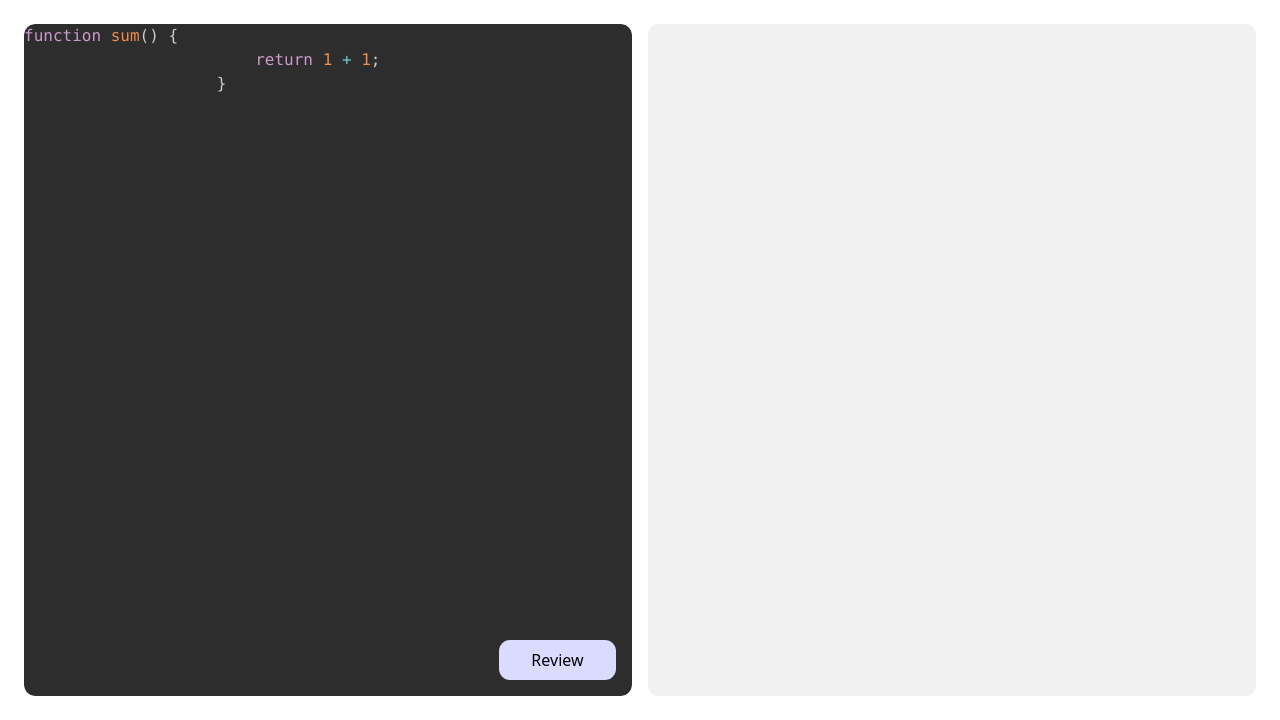
Repository: swarnabha-dutta/ai-code-reviewer
Page: / (app in frontend/)
An editor plug-in stored every save of this project. The page is shown before and after the next save, followed by the edit.
The browser window is 1280 px wide. The pictures show the whole page.
The project was rebuilt for these pictures with package versions that can differ from the ones it lists, and the page was loaded fresh each time. Also part of the build but not shown: frontend/vite.config.js.

Above is the page before, as saved 2025-06-07 09:06:08.

After the next save:
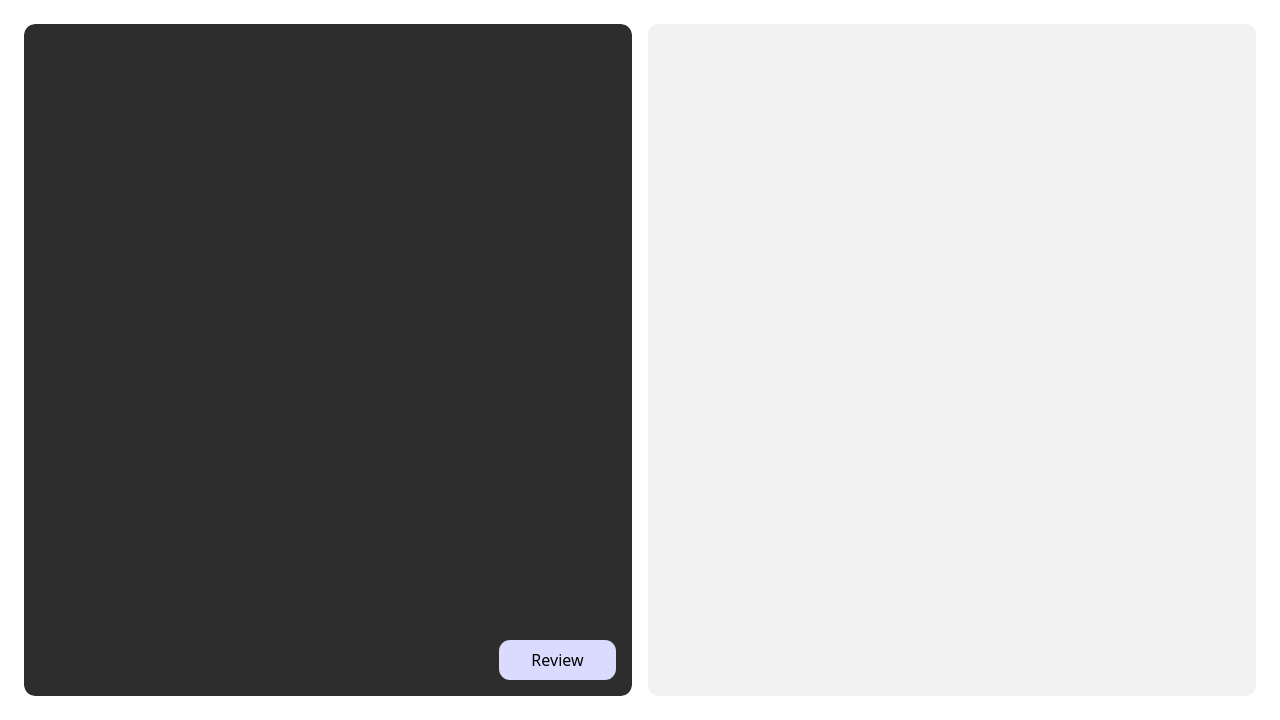
Saved 102 s later.
--- a/frontend/src/App.jsx
+++ b/frontend/src/App.jsx
@@ -6,7 +6,9 @@ import './App.css'
 
 function App() {
   const [count, setCount] = useState(0);
-
+  const [code, setCode] = useState(`function sum() {
+                        return 1 + 1;
+                    }`)
  useEffect(() => {
    prism.highlightAll();
  })
@@ -18,9 +20,7 @@ function App() {
           <div className="code">
             <pre>
               <code className="language-javascript ">
-                    {`function sum() {
-                        return 1 + 1;
-                    }`}
+                    {}
               </code>
             </pre>
           </div>
